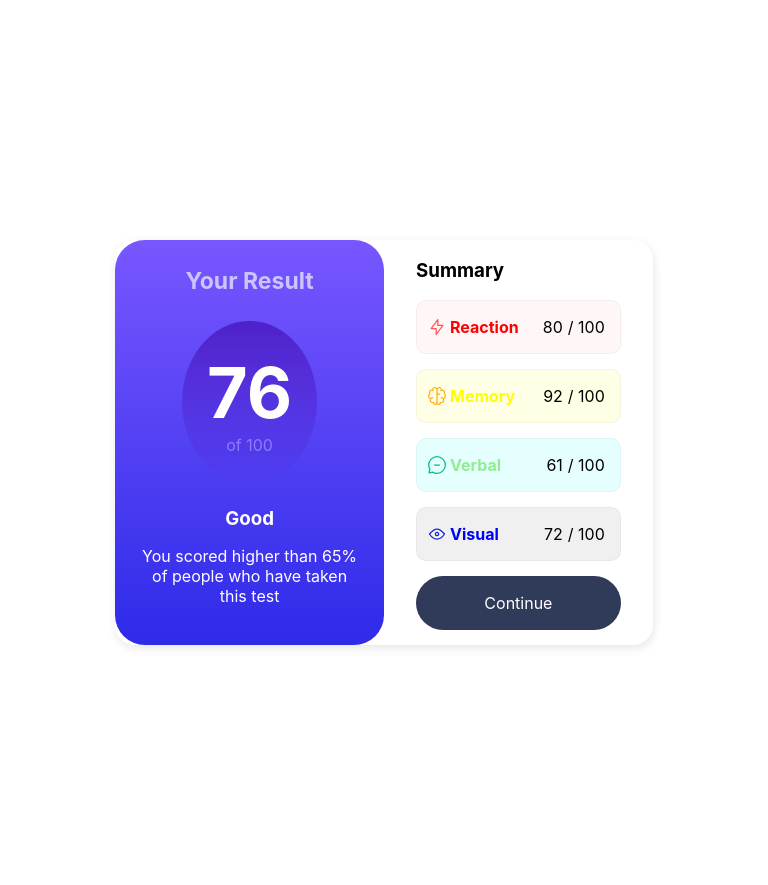
Repository: JeanPaulBassil/Result-Summary-Design
Page: /
The author's editor kept a copy of each file at every save. The page is drawn from the files as they stood at one save, then again after the next save.
The browser window is 768 px wide. The pictures show the whole page.
The project was rebuilt for these pictures with package versions that can differ from the ones it lists, and the page was loaded fresh each time.

Above is the page before, as saved 2023-02-24 18:36:02.

After the next save:
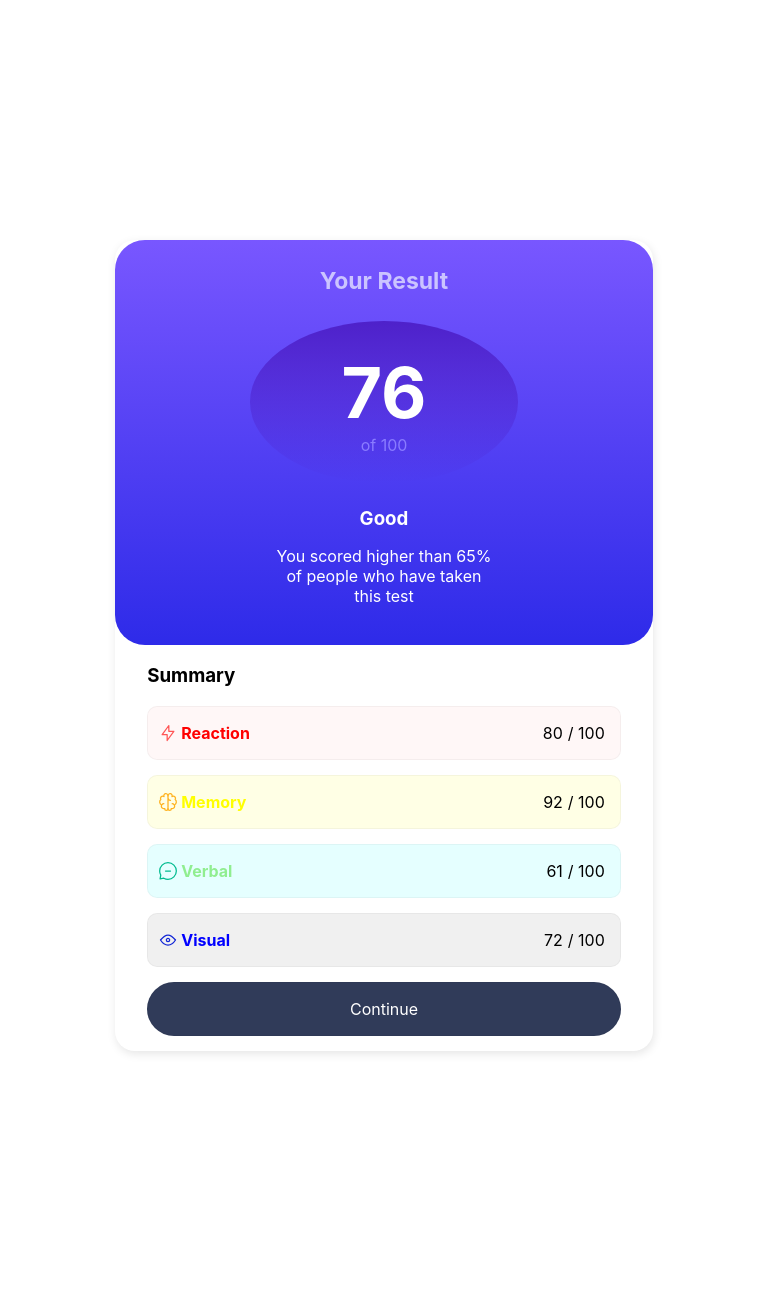
Saved 7 s later.
--- a/src/index.css
+++ b/src/index.css
@@ -35,7 +35,7 @@ code {
 
 @media (max-width: 840px){
   .app {
-    grid-template-columns: 1fr
-    grid-template-rows: ;
+    grid-template-columns: 1fr;
+    grid-template-rows: 1fr 1fr;
   }
 }
